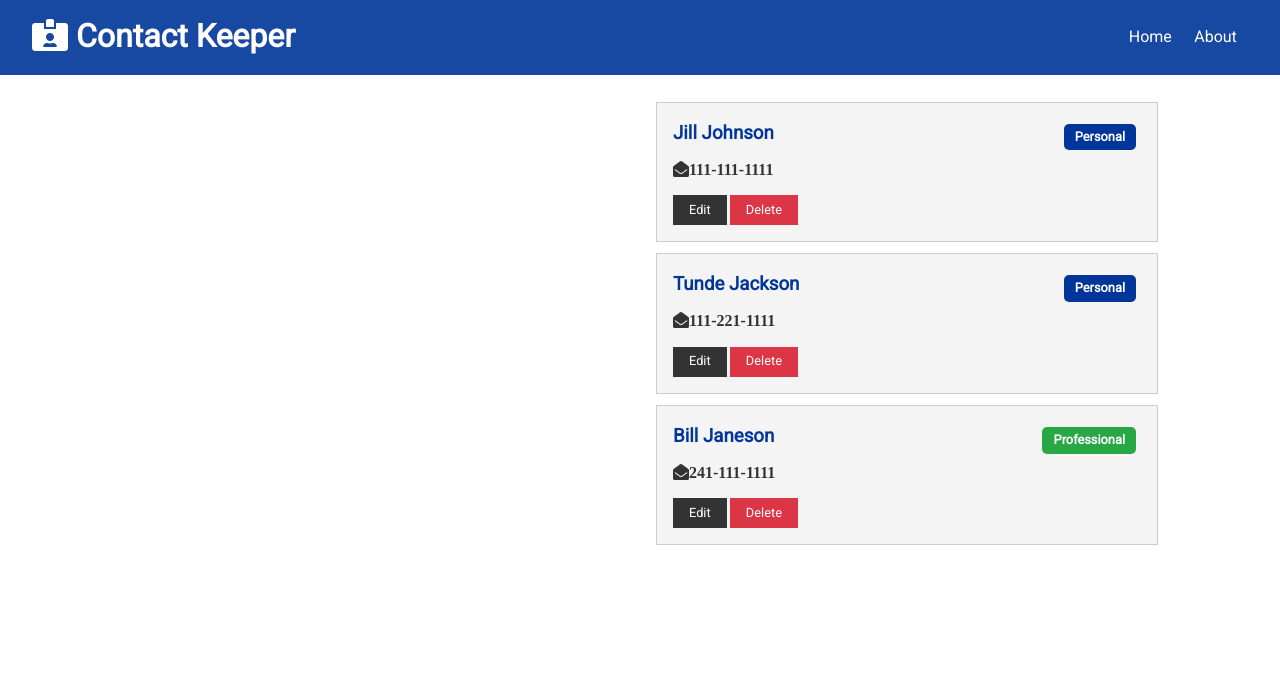
Repository: Art101-ui/Contact-keeper
Page: / (app in client/)
These files come from the project's save history. The page is drawn as it stood at one moment and after a run of saves; the edit follows.
The browser window is 1280 px wide. The pictures show the whole page.
Some web libraries are served in a nearby version. The project was rebuilt for these pictures with package versions that can differ from the ones it lists, and the page was loaded fresh each time. A package was used in the major version that the imports need, not the one package.json lists. Also part of the build but not shown: client/src/components/pages/About.js.

Above is the page before, as saved 2021-09-20 00:07:41.

After the next 2 saves:
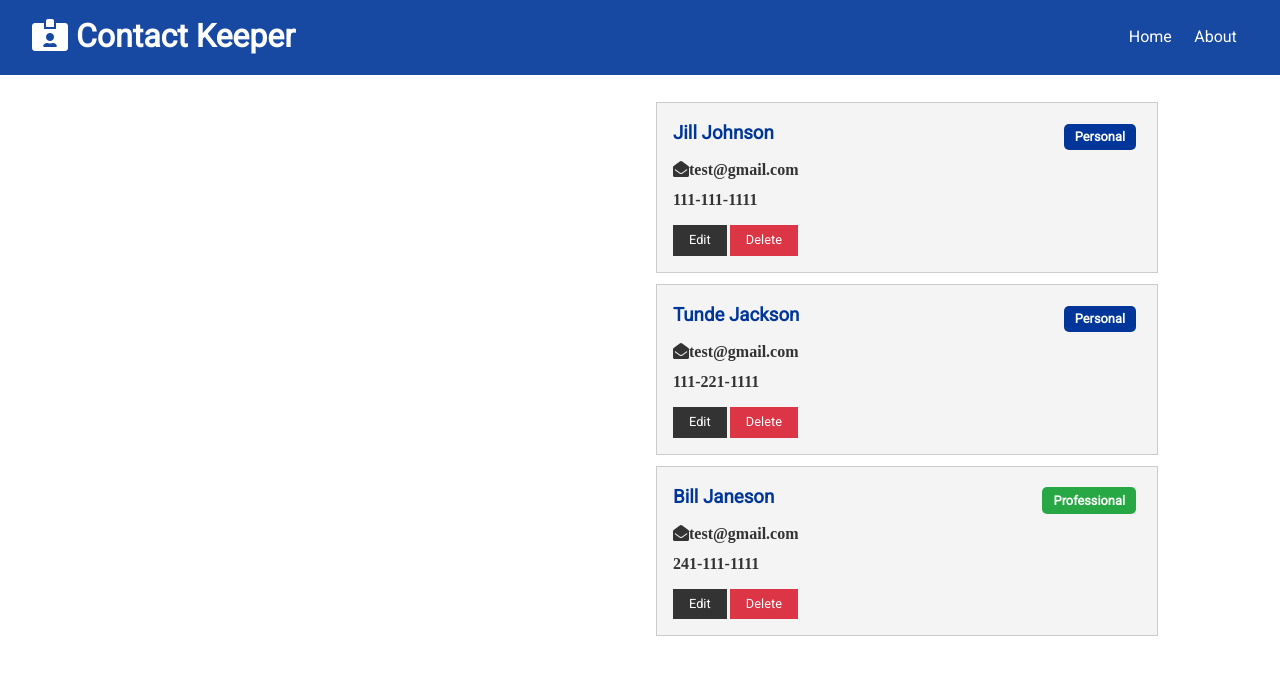
The 2 saves are shown as one change because 1 did not build or start.
The last was saved 89 s later.
--- a/client/src/context/contact/ContactState.js
+++ b/client/src/context/contact/ContactState.js
@@ -21,19 +21,22 @@ const ContactState = props => {
             {
             id:1,
             name:'Jill Johnson',
-            email:'111-111-1111',
+            email:'test@gmail.com',
+            phone:'111-111-1111',
             type:'personal'
         },
             {
             id:2,
             name:'Tunde Jackson',
-            email:'111-221-1111',
+            email:'test@gmail.com',
+            phone:'111-221-1111',
             type:'personal'
         },
             {
             id:3,
             name:'Bill Janeson',
-            email:'241-111-1111',
+            email:'test@gmail.com',
+            phone:'241-111-1111',
             type:'professional'
         }
     ]
